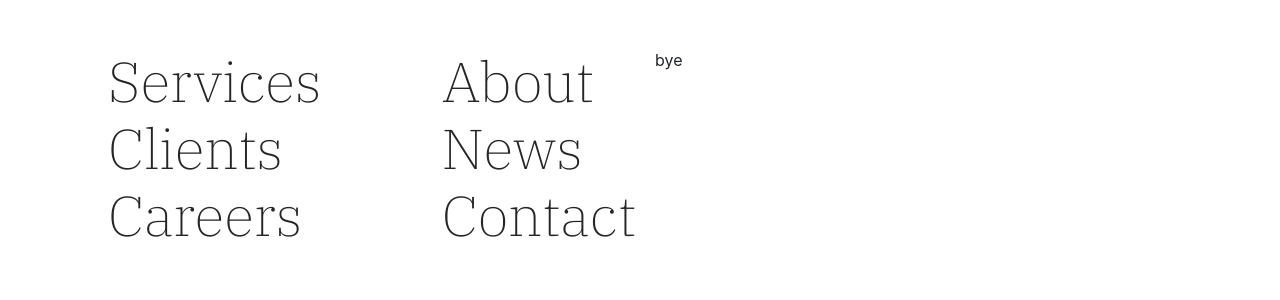
Repository: DeepaPrasanna/UenoClone
Page: /
These files come from the project's save history. The page is drawn as it stood at one moment and after the next save; the edit follows.
The browser window is 1280 px wide. The pictures show the whole page.
The project was rebuilt for these pictures with package versions that can differ from the ones it lists, and the page was loaded fresh each time. Also part of the build but not shown: src/components/Layout/Header.js.

Above is the page before, as saved 2021-05-04 12:46:57.

### public/index.html
<!DOCTYPE html>
<html lang="en">
  <head>
    <meta charset="utf-8" />
    <link rel="icon" href="%PUBLIC_URL%/favicon.ico" />
    <meta name="viewport" content="width=device-width, initial-scale=1" />
    <meta name="theme-color" content="#000000" />
    <meta name="description" content="Web site created using create-react-app" />
    <link rel="apple-touch-icon" href="%PUBLIC_URL%/logo192.png" />
    <!--
      manifest.json provides metadata used when your web app is installed on a
      user's mobile device or desktop. See https://developers.google.com/web/fundamentals/web-app-manifest/
    -->
    <link rel="manifest" href="%PUBLIC_URL%/manifest.json" />
    <!-- Bootstrap -->
    <link
      rel="stylesheet"
      href="https://cdn.jsdelivr.net/npm/bootstrap@4.6.0/dist/css/bootstrap.min.css"
      integrity="sha384-B0vP5xmATw1+K9KRQjQERJvTumQW0nPEzvF6L/Z6nronJ3oUOFUFpCjEUQouq2+l"
      crossorigin="anonymous"
    />
    <!-- font awesome -->
    <link
      rel="stylesheet"
      href="https://cdnjs.cloudflare.com/ajax/libs/font-awesome/5.15.3/css/all.min.css"
      integrity="sha512-iBBXm8fW90+nuLcSKlbmrPcLa0OT92xO1BIsZ+ywDWZCvqsWgccV3gFoRBv0z+8dLJgyAHIhR35VZc2oM/gI1w=="
      crossorigin="anonymous"
    />
    <!--
      Notice the use of %PUBLIC_URL% in the tags above.
      It will be replaced with the URL of the `public` folder during the build.
      Only files inside the `public` folder can be referenced from the HTML.

      Unlike "/favicon.ico" or "favicon.ico", "%PUBLIC_URL%/favicon.ico" will
      work correctly both with client-side routing and a non-root public URL.
      Learn how to configure a non-root public URL by running `npm run build`.
    -->
    <title>React App</title>
  </head>
  <body>
    <noscript>You need to enable JavaScript to run this app.</noscript>
    <div id="root"></div>
    <!--
      This HTML file is a template.
      If you open it directly in the browser, you will see an empty page.

      You can add webfonts, meta tags, or analytics to this file.
      The build step will place the bundled scripts into the <body> tag.

      To begin the development, run `npm start` or `yarn start`.
      To create a production bundle, use `npm run build` or `yarn build`.
    -->
  </body>
</html>

### src/index.js
import React from "react";
import ReactDOM from "react-dom";
import "./index.css";
import App from "./App";
import reportWebVitals from "./reportWebVitals";
import "bootstrap/dist/css/bootstrap.min.css";

ReactDOM.render(<App />, document.getElementById("root"));

// If you want to start measuring performance in your app, pass a function
// to log results (for example: reportWebVitals(console.log))
// or send to an analytics endpoint. Learn more: https://bit.ly/CRA-vitals
reportWebVitals();

### src/index.css
@import url("https://fonts.googleapis.com/css2?family=IBM+Plex+Serif:wght@200&display=swap");

.contact-button {
  background-color: #cf3f74 !important;
}

.screen-first-column {
  font-family: "IBM Plex Serif", serif;
  font-size: 56px;
  line-height: 67px;
  font-weight: 200px;
}
.screen-links {
  color: #252525;
  padding: 0px 60px !important;
}
.nav-link:hover {
  color: #252525;
  transform: translate(103%, 0px);
}

### src/App.js
import { Container } from "react-bootstrap";

import MainLayout from "./components/Layout/MainLayout";

function App() {
  return (
    <div className="App">
      <MainLayout />
    </div>
  );
}

export default App;

### src/components/Layout/MainLayout.js
import React from "react";

import Header from "./Header";
import Screen from "./Screen";

const MainLayout = () => {
  return (
    <div>
      {/* <Header /> */}
      <Screen />
    </div>
  );
};

export default MainLayout;

### src/components/Layout/Screen.js
import React from "react";

import { Container, Row, Col, Nav } from "react-bootstrap";

const Screen = () => {
  return (
    <Container fluid className="p-5">
      <Row>
        <Col sm={6} className="d-flex flex-md-row screen-first-column">
          <Nav className="flex-column">
            <Nav.Link href="#" className="screen-links">
              Services
            </Nav.Link>
            <Nav.Link href="#" className="screen-links">
              Clients
            </Nav.Link>
            <Nav.Link href="#" className="screen-links">
              Careers
            </Nav.Link>
          </Nav>
          <Nav className="flex-column">
            <Nav.Link href="#" className="screen-links">
              About
            </Nav.Link>
            <Nav.Link href="#" className="screen-links">
              News
            </Nav.Link>

            <Nav.Link href="#" className="screen-links">
              Contact
            </Nav.Link>
          </Nav>
        </Col>
        <Col sm={6}>bye</Col>
      </Row>
    </Container>
  );
};

export default Screen;

Loaded but not shown: src/reportWebVitals.js (common file)

After the next save:
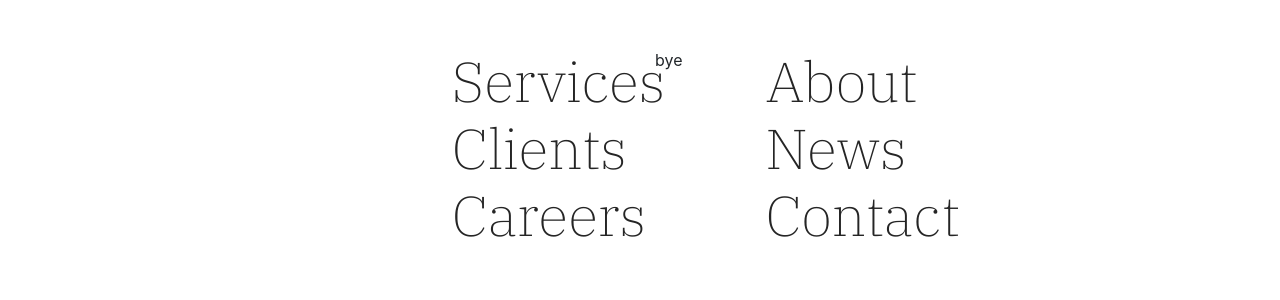
Saved 76 s later.
--- a/src/index.css
+++ b/src/index.css
@@ -13,8 +13,9 @@
 .screen-links {
   color: #252525;
   padding: 0px 60px !important;
+  transform: translate(103%, 0px);
+
 }
 .nav-link:hover {
   color: #252525;
-  transform: translate(103%, 0px);
 }

After the save that followed:
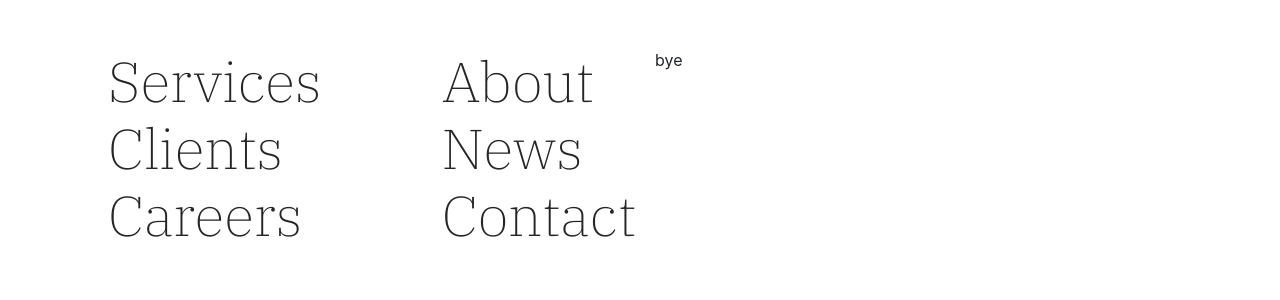
Saved 15 s later.
--- a/src/index.css
+++ b/src/index.css
@@ -13,7 +13,6 @@
 .screen-links {
   color: #252525;
   padding: 0px 60px !important;
-  transform: translate(103%, 0px);
 
 }
 .nav-link:hover {
